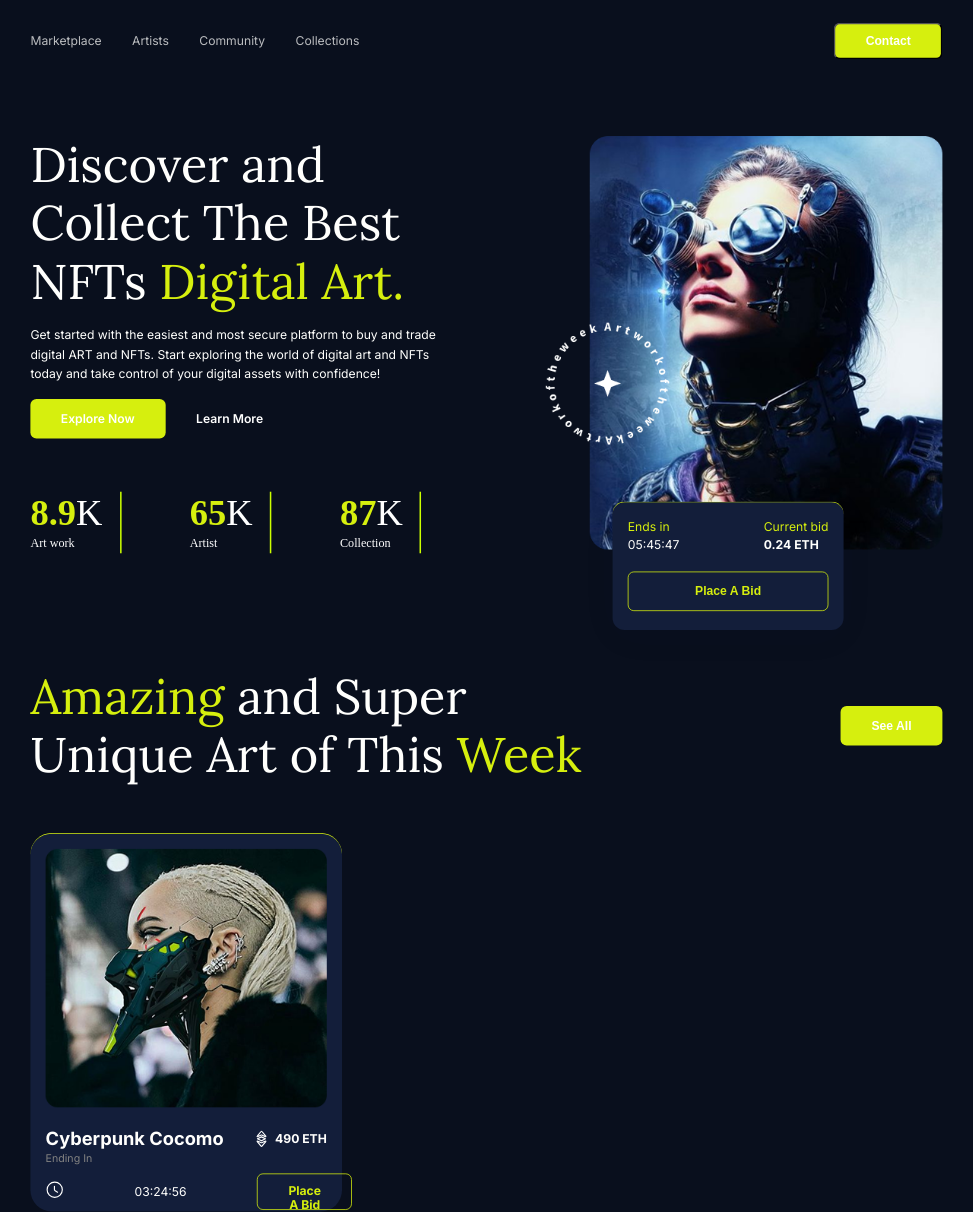
Repository: Kamron5505/NftMarketplace
Page: index.html
These files come from the project's save history. The page is drawn as it stood at one moment and after the next save; the edit follows.
The browser window is 1280 px wide. The pictures show the whole page, at 76% of full size.

Above is the page before, as saved 2025-07-09 14:25:12.

### index.html
<!DOCTYPE html>
<html lang="en">

<head>
    <meta charset="UTF-8">
    <meta name="viewport" content="width=device-width, initial-scale=1.0">
    <title>NFTMarketplace Landing</title>
    <link rel="stylesheet" href="./style.css">
    <link
        href="https://fonts.googleapis.com/css2?family=Inter:wght@400;600;700&family=Source+Sans+Pro:wght@400;600;700&family=Lora:wght@400;700&display=swap"
        rel="stylesheet">

</head>

<body>
    <header class="header">
        <div class="container">
            <nav class="nav">
                <ul class="nav-list">
                    <li class="nav-item"><a href="#" class="nav-link">Marketplace</a></li>
                    <li class="nav-item"><a href="#" class="nav-link">Artists</a></li>
                    <li class="nav-item"><a href="#" class="nav-link">Community</a></li>
                    <li class="nav-item"><a href="#" class="nav-link">Collections</a></li>
                </ul>
                <button class="header-contact-btn">Contact</button>
            </nav>
        </div>
    </header>
    <main class="main">
        <section class="nft-section">
            <div class="container">
                <div class="nft-wrapper">
                    <div class="content-left">
                        <h1 class="title">
                            Discover and <br>
                            Collect The Best <br>
                            NFTs <span class="highlight"> Digital Art.</span>
                        </h1>

                        <p class="description">
                            Get started with the easiest and most secure platform to buy and trade digital ART and NFTs.
                            Start exploring the world of digital art and NFTs today and take control of your digital
                            assets with confidence!
                        </p>

                        <div class="buttons">
                            <a href="#" class="btn btn-primary">Explore Now</a>
                            <a href="#" class="btn btn-secondary">Learn More</a>
                        </div>

                        <div class="stats">
                            <div class="stat">
                                <div class="number">8.9<span class="note">K</span></div>
                                <div class="label">Art work</div>
                            </div>
                            <div class="stat">
                                <div class="number">65<span class="note">K</span></div>
                                <div class="label">Artist</div>
                            </div>
                            <div class="stat">
                                <div class="number">87<span class="note">K</span></div>
                                <div class="label">Collection</div>
                            </div>
                        </div>
                    </div>
                    <div class="content-right">
                        <div class="header-image">
                            <img src="./images/main-header-img.png" alt="NFT Image" class="hero-image">
                            <img src="./images/circle.png" alt="" class="circle-image">
                        </div>
                        <div class="nft-card">
                            <div class="nft-card__info">
                                <div class="nft-card__timer">
                                    <span class="value ">Ends in</span>
                                    <span class="nft-note">05:45:47</span>
                                </div>
                                <div class="nft-card__bid">
                                    <span class="value ">Current bid</span>
                                    <span class="nft-card__note">0.24 ETH</span>
                                </div>
                                <button href="#" class="nft-card__btn nft-card__btn--bid">Place A Bid</button>
                            </div>
                        </div>
                    </div>
                </div>
            </div>
        </section>
        <section class="art-section">
            <div class="container">
                <div class="art-section__header">
                    <h2 class="art-section__title">
                        <span class="text-highlight">Amazing</span>
                        and Super <br>
                        Unique Art of This
                        <span class="text-highlight">Week</span>
                    </h2>
                    <button href="#" class="art-section__btn-view-all">See All</button>
                </div>
                <div class="art-section__cards">
                    <div class="art-card">
                        <img src="./images/Cyberpunk Cocomo 490ETH.png" alt="Cyberpunk Cocomo"
                            class="art-card__image" />
                        <div class="art-card-name">
                            <h3 class="art-card__title">Cyberpunk Cocomo</h3>

                            <div class="art-card-price-wrapper">
                                <svg width="24" height="25" viewBox="0 0 24 25" fill="none"
                                    xmlns="http://www.w3.org/2000/svg">
                                    <path
                                        d="M6.90001 9.6L11.7 7.5C11.9 7.4 12.1 7.4 12.4 7.5L17.2 9.6C17.6 9.8 18 9.3 17.7 8.9L12.7 2.8C12.4 2.4 11.8 2.4 11.5 2.8L6.50001 8.9C6.10001 9.3 6.50001 9.8 6.90001 9.6Z"
                                        stroke="white" stroke-width="1.5" stroke-miterlimit="10" stroke-linecap="round"
                                        stroke-linejoin="round" />
                                    <path
                                        d="M6.90001 15.4L11.7 17.5C11.9 17.6 12.1 17.6 12.4 17.5L17.2 15.4C17.6 15.2 18 15.7 17.7 16.1L12.7 22.2C12.4 22.6 11.8 22.6 11.5 22.2L6.50001 16.1C6.10001 15.7 6.50001 15.2 6.90001 15.4Z"
                                        stroke="white" stroke-width="1.5" stroke-miterlimit="10" stroke-linecap="round"
                                        stroke-linejoin="round" />
                                    <path d="M12 9.90002L6.79999 12.5L12 15.1L17.2 12.5L12 9.90002Z" stroke="white"
                                        stroke-width="1.5" stroke-miterlimit="10" stroke-linecap="round"
                                        stroke-linejoin="round" />
                                </svg>
                                <p class="art-card__price">490 ETH</p>
                            </div>
                        </div>

                        <div class="art-card__info">
                            <div class="art-card__time">
                              <p class="art-card__time__ending">Ending In</p>
                              <div class="art-card__time-row">
                                <i class="icon-clock">
                                  <svg width="24" height="25" viewBox="0 0 24 25" fill="none"
                                    xmlns="http://www.w3.org/2000/svg">
                                    <path
                                      d="M22 12.5C22 18.02 17.52 22.5 12 22.5C6.48 22.5 2 18.02 2 12.5C2 6.98 6.48 2.5 12 2.5C17.52 2.5 22 6.98 22 12.5Z"
                                      stroke="white" stroke-width="1.5" stroke-linecap="round"
                                      stroke-linejoin="round" />
                                    <path
                                      d="M15.71 15.68L12.61 13.83C12.07 13.51 11.63 12.74 11.63 12.11V8.01001"
                                      stroke="white" stroke-width="1.5" stroke-linecap="round"
                                      stroke-linejoin="round" />
                                  </svg>
                                </i>
                                <span class="art-card__time-text">03:24:56</span>
                                <button class="art-card__btn-bid">Place A Bid</button>
                              </div>
                            </div>
                          </div>



                    </div>
                </div>

            </div>
        </section>
    </main>
</body>

</html>

### style.css
* {
    margin: 0;
    padding: 0;
    text-decoration: none;
    list-style: none;
    box-sizing: border-box;
}


body {
    background: #090f1d;
    color: #fffffd;
}

:root {
    --font-family: "Inter", sans-serif;
    --second-family: "Source Sans Pro", sans-serif;
    --third-family: "Lora", serif;
}

h1,
h2,
h3,
h4,
h5,
h6 {
    font-family: "Lora", serif;
    font-weight: 500;
    font-size: 64px;
    line-height: 120%;
    color: #fffffd;
}

.highlight {
    color: #d6ef0e;
}

.header {
    margin-top: 30px;
    font-family: "Inter", sans-serif;
}

.container {
    width: 1200px;
    margin: 0 auto;
}

.nav {
    display: flex;
    align-items: center;
    justify-content: space-between;
}

.nav-list {
    display: flex;
    gap: 40px;
}

.nav-link {
    font-weight: 400;
    font-size: 16px;
    line-height: 160%;
    color: rgba(255, 255, 253, 0.72);
}

.nav-link:hover {
    border-bottom: 1px solid #d6ef0e;
    width: 94px;
    height: 26px;
    transition: all 0.3s ease;
}

.header-contact-btn {
    background: #d6ef0e;
    border-radius: 8px;
    padding: 12px 40px;
    width: 143px;
    height: 48px;
    font-weight: 700;
    font-size: 16px;
    line-height: 120%;
    color: #fff;
}

.nft-section {
    margin-top: 100px;
}

.nft-wrapper {
    display: flex;
    align-items: center;
    justify-content: space-between;
}

.description {
    font-family: "Inter", sans-serif;
    font-weight: 400;
    font-size: 16px;
    width: 544px;
    line-height: 160%;
    color: #fffffd;
    margin-top: 20px;
}

.buttons {
    display: flex;
    gap: 40px;
    align-items: center;
    margin-top: 20px;
}

.btn {
    font-family: "Inter", sans-serif;
    font-weight: 600;
    font-size: 16px;
    color: #fff;
}

.btn-primary {
    display: flex;
    align-items: center;
    line-height: 120%;
    border-radius: 8px;
    padding: 12px 40px;
    width: 178px;
    height: 52px;
    background: #d6ef0e;
}

.stats {
    display: flex;
    gap: 90px;
    margin-top: 70px;
    color: white;
}

.stat {
    display: flex;
    flex-direction: column;
    position: relative;
    padding-right: 25px;
}

.stat::after {
    content: "";
    position: absolute;
    top: 0;
    bottom: 0;
    right: 0;
    width: 2px;
    background-color: #ccff00;
}

.stat:last-child {
    padding-right: 24px;
}

.number {
    font-family: ;
    font-size: 48px;
    font-weight: bold;
    color: #d6ef0e;
}

.note {
    font-weight: normal;
    color: white;
}

@keyframes spin {
    from {
        transform: rotate(0deg);
    }

    to {
        transform: rotate(360deg);
    }
}

.circle-image {
    position: absolute;
    right: 355px;
    top: 240px;
    animation: spin 20s linear infinite;
}

.label {
    font-weight: 400;
    font-size: 16px;
    line-height: 160%;
    color: white;
}

.header-image {
    position: relative;
}

.circle-image {
    position: absolute;
    right: 355px;
    top: 240px;
}

.nft-card {
    position: absolute;
    top: 660px;
    right: 170px;
    border-top: 1px solid #d6ef0e;
    border-radius: 16px;
    padding: 20px;
    width: 304px;
    height: 169px;
    box-shadow: 0 9px 50px 0 rgba(23, 36, 65, 0.04);
    background: #131e3a;
}

.nft-card__info {
    display: flex;
    flex-wrap: wrap;
    justify-content: space-between;
    font-family: "Inter", sans-serif;

}

.nft-card__timer,
.nft-card__bid {
    display: flex;
    flex-direction: column;
}

.value {
    font-weight: 400;
    font-size: 16px;
    line-height: 160%;
    color: #d6ef0e;
}

.nft-card__note {
    font-weight: 700;
    font-size: 16px;
    line-height: 120%;
    color: #fffffd;
}

.nft-card__btn {
    border: 1px solid #d6ef0e;
    border-radius: 8px;
    padding: 12px 40px;
    width: 264px;
    background: transparent;
    height: 52px;
    margin-top: 25px;
    font-weight: 700;
    font-size: 16px;
    line-height: 120%;
    color: #d6ef0e;
}

.art-section {
    margin-top: 150px;
    font-family: "Inter", sans-serif;

}

.art-section__header {
    display: flex;
    justify-content: space-between;
    align-items: center;
}


.text-highlight {
    color: #d6ef0e;

}

.art-section__btn-view-all {
    font-weight: 700;
    font-size: 16px;
    line-height: 120%;
    color: #fff;
    border-radius: 8px;
    padding: 12px 40px;
    width: 134px;
    height: 52px;
    background: #d6ef0e;
    border: none;
}

.art-section__cards {
    margin-top: 65px;
}

.art-card-price-wrapper {
    display: flex;
    align-items: center;
    gap: 6px;
}

.art-card {
    border-top: 1px solid #d6ef0e;
    border-radius: 28px;
    padding: 20px;
    width: 410px;
    height: 498px;
    background: #131e3a;
}

.art-card__time__ending {
    font-weight: 400;
    font-size: 14px;
    line-height: 160%;
    color: #838382;
}

.art-card__time-value {
    display: flex;
    align-items: center;
    gap: 6px;
    /* или 0, если без отступа */
}

.art-card__time-value span {
    font-family: "Inter", sans-serif;
    font-size: 16px;
    padding-bottom: 3px;
    font-weight: 600;
    color: #fffffd;
}

.art-card__time-row {
    display: flex;
    align-items: center;
    gap: 93px;
    /* Расстояние между элементами, можешь изменить */
    margin-top: 8px;
    /* немного отступа после "Ending In" */
}

.art-card__btn-bid {
    font-family: "Inter", sans-serif;
    font-weight: 700;
    font-size: 16px;`z
    line-height: 120%;
    color: #fffffd;
    border-radius: 8px;
    padding: 12px 24px;
    background: #d6ef0e;
    border: none;
    cursor: pointer;
    transition: background 0.3s ease;
}

.art-card__btn-bid:hover {
    background: #c4dd00;
}

.art-card__image {}

.art-card-name {
    display: flex;
    align-items: center;
    justify-content: space-between;
    padding-top: 23px;

}

.art-card__title {
    font-family: "Inter", sans-serif;
    font-weight: 700;
    font-size: 24px;
    line-height: 120%;
    color: #fffffd;
}

.art-card__info {}

.art-card__time {}


.art-card__price {
    font-family: "Inter", sans-serif;
    font-weight: 700;
    font-size: 16px;
    line-height: 120%;
    color: #fffffd;
}

.art-card__btn-bid {
    font-family: "Inter", sans-serif;
    border: 1px solid #d6ef0e;
    background: transparent;
    border-radius: 8px;
    padding: 12px 40px;
    width: 168px;
    height: 48px;
    font-weight: 700;
    font-size: 16px;
    line-height: 120%;
    color: #d6ef0e;
}

After the next save:
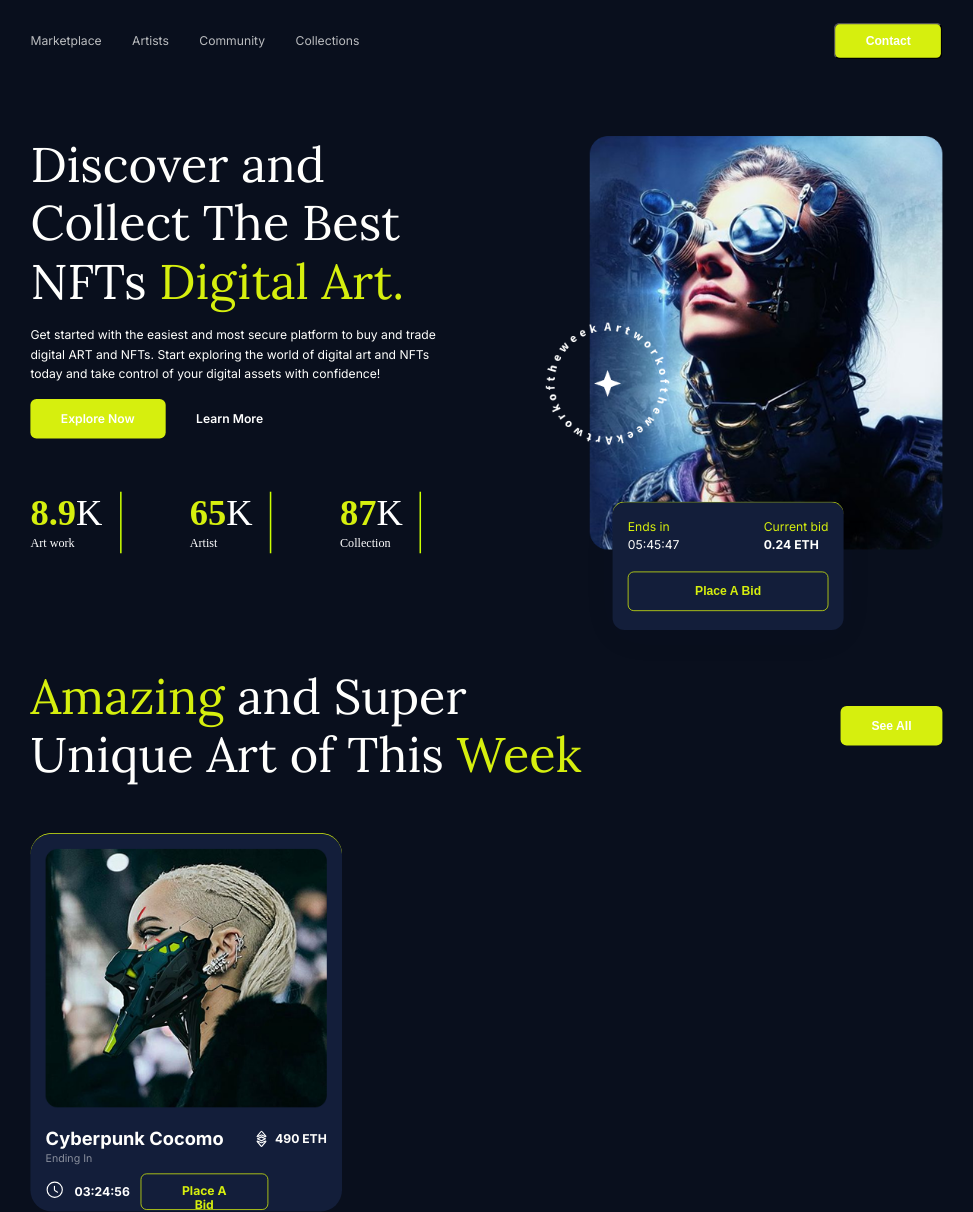
Saved 4 s later.
--- a/style.css
+++ b/style.css
@@ -337,11 +337,51 @@ h6 {
     /* немного отступа после "Ending In" */
 }
 
+.art-card__time-row {
+    display: flex;
+    align-items: center;
+    gap: 14px;
+    margin-top: 8px;
+}
+
+.art-card__time__ending {
+    font-size: 14px;
+    color: rgba(255, 255, 255, 0.5);
+    font-family: "Inter", sans-serif;
+    margin-bottom: 4px;
+}
+
+.art-card__time-text {
+    font-size: 16px;
+    font-weight: 700;
+    color: white;
+    font-family: "Inter", sans-serif;
+}
+
 .art-card__btn-bid {
-    font-family: "Inter", sans-serif;
-    font-weight: 700;
-    font-size: 16px;`z
-    line-height: 120%;
+    font-size: 16px;
+    font-weight: 700;
+    padding: 10px 24px;
+    border: 1px solid #d6ef0e;
+    color: #d6ef0e;
+    background: transparent;
+    border-radius: 10px;
+    font-family: "Inter", sans-serif;
+    cursor: pointer;
+    transition: all 0.3s ease;
+}
+
+.art-card__btn-bid:hover {
+    background-color: #d6ef0e;
+    color: #090f1d;
+}
+
+
+.art-card__btn-bid {
+    font-family: "Inter", sans-serif;
+    font-weight: 700;
+    font-size: 16px;
+    `z line-height: 120%;
     color: #fffffd;
     border-radius: 8px;
     padding: 12px 24px;
